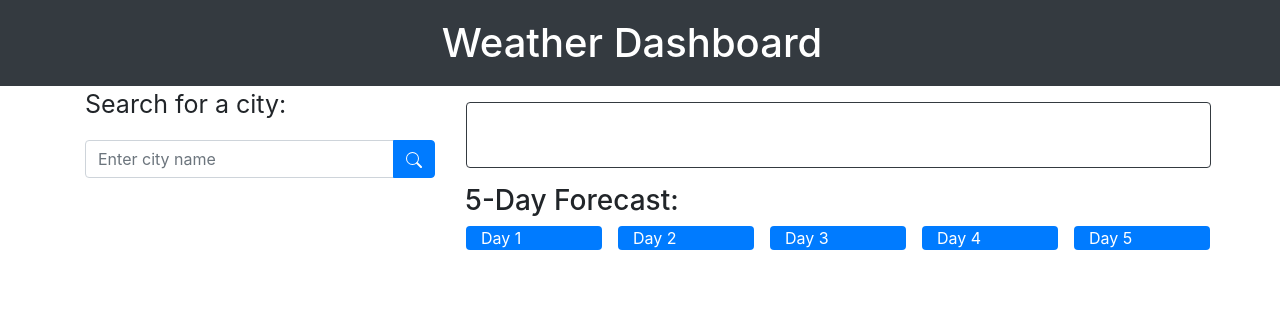
Repository: himaja830/Weather-Dashboard
Page: index.html
An editor plug-in stored every save of this project. The page is shown before and after the next save, followed by the edit.
The browser window is 1280 px wide. The pictures show the whole page.
Some web libraries are served in a nearby version.

Above is the page before, as saved 2020-06-28 20:02:59.

After the next save:
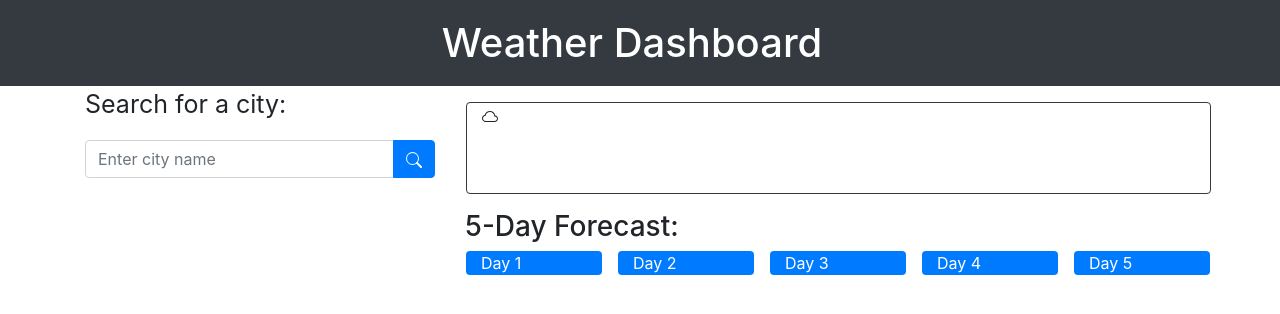
Saved 2 min 23 s later.
--- a/index.html
+++ b/index.html
@@ -41,6 +41,9 @@
                         <div class="row">
                             <div class="col-12">
                                 <span id="city-name" class="city-name align-middle"></span>
+                                <svg width="1em" height="1em" viewBox="0 0 16 16" class="bi bi-cloud" fill="currentColor" xmlns="http://www.w3.org/2000/svg">
+                                    <path fill-rule="evenodd" d="M4.406 3.342A5.53 5.53 0 0 1 8 2c2.69 0 4.923 2 5.166 4.579C14.758 6.804 16 8.137 16 9.773 16 11.569 14.502 13 12.687 13H3.781C1.708 13 0 11.366 0 9.318c0-1.763 1.266-3.223 2.942-3.593.143-.863.698-1.723 1.464-2.383zm.653.757c-.757.653-1.153 1.44-1.153 2.056v.448l-.445.049C2.064 6.805 1 7.952 1 9.318 1 10.785 2.23 12 3.781 12h8.906C13.98 12 15 10.988 15 9.773c0-1.216-1.02-2.228-2.313-2.228h-.5v-.5C12.188 4.825 10.328 3 8 3a4.53 4.53 0 0 0-2.941 1.1z"/>
+                                  </svg>
                              </div>
                         </div>
                         <div class="row">
